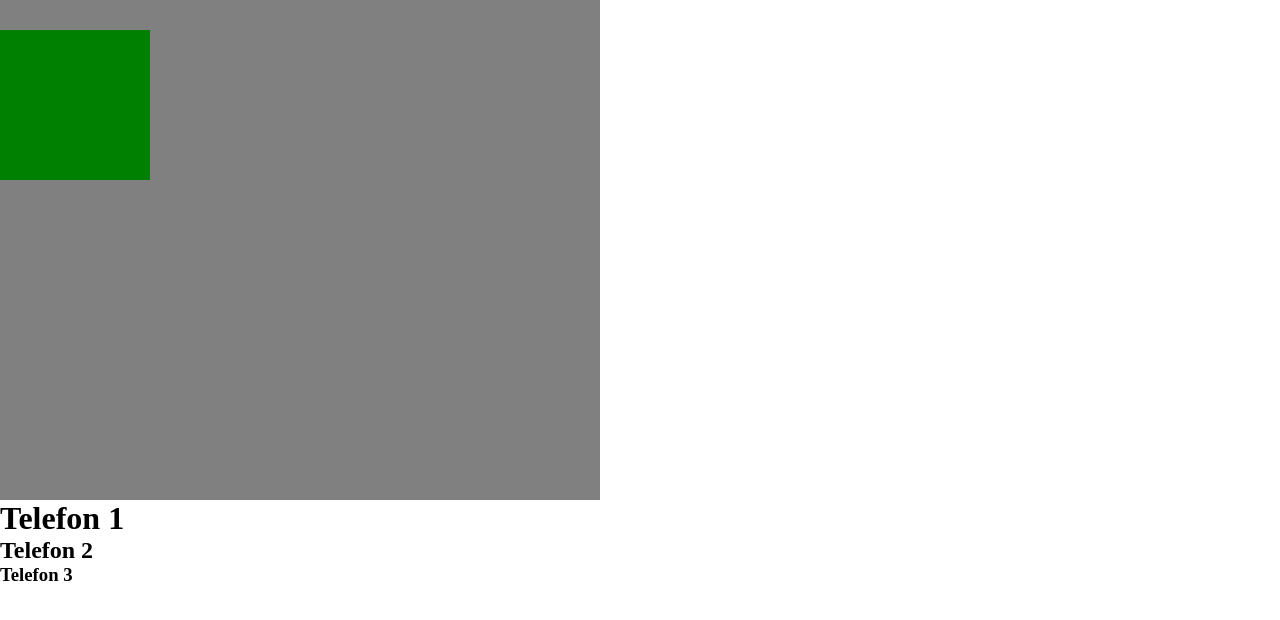
Repository: AytacSafarova/Task-12
Page: index.html
These files come from the project's save history. The page is drawn as it stood at one moment and after a run of saves; the edit follows.
The browser window is 1280 px wide. The pictures show the whole page.

Above is the page before, as saved 2023-07-27 09:19:46.

After the next 5 saves:
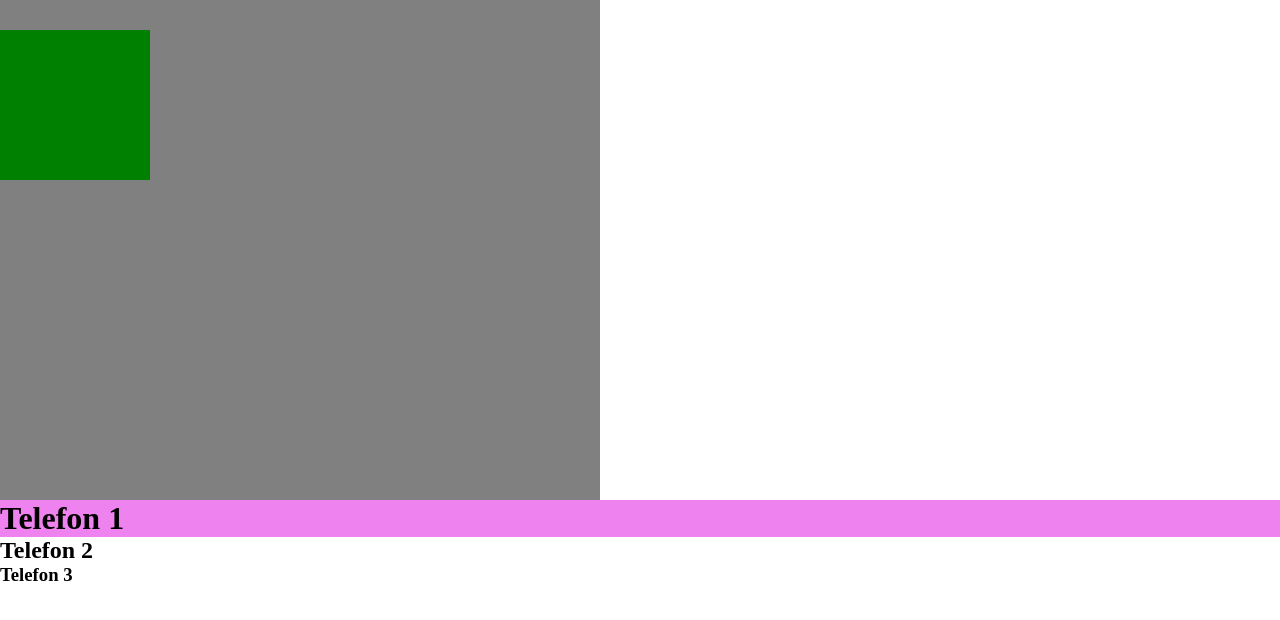
The 5 saves are shown as one change because they came seconds apart.
The last was saved 15 s later.
--- a/index.css
+++ b/index.css
@@ -22,5 +22,6 @@
 
 }
 h1{
-    position: relative;
+    position: sticky;
+    background-color: violet;
 }
